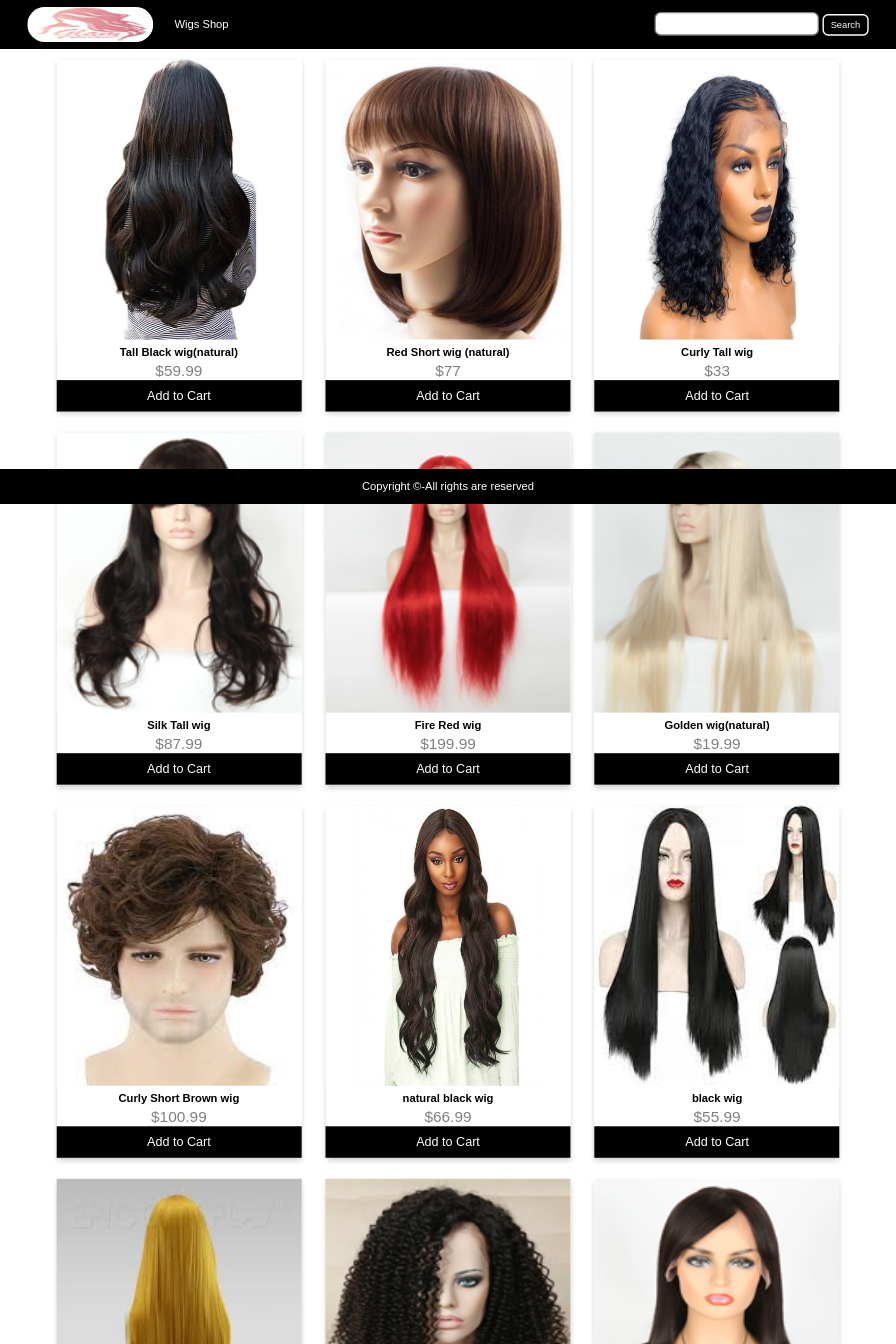
Repository: Zzero202/Zzero202
Page: index.html
These files come from the project's save history. The page is drawn as it stood at one moment and after the next save; the edit follows.
The browser window is 1280 px wide. The pictures show the part of the page from y = 0 to 1920 px (the page is 4960 px tall before and 4990 px after), at 70% of full size.

Above is the page before, as saved 2021-12-09 02:53:06.

After the next save:
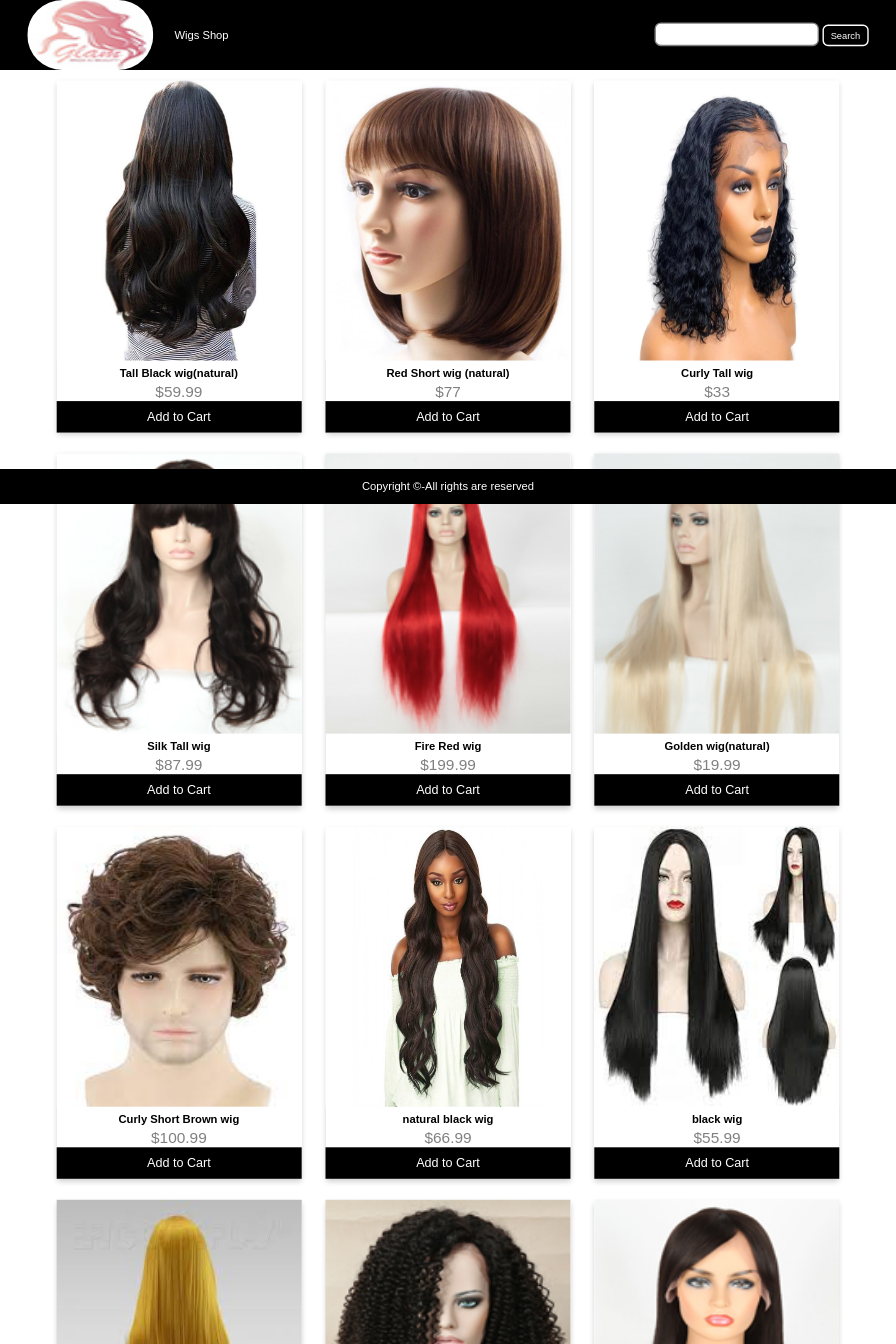
Saved 4 s later.
--- a/index.html
+++ b/index.html
@@ -448,7 +448,7 @@ table{
 	<nav class="navbar background">
 		<ul class="nav-list">
 			<div class="logo">
-				<img src= "img/logo.jpeg" height="50">
+				<img src= "img/logo.jpeg" height="100">
 			</div>
 			<li><a href="#shop">Wigs Shop</a></li>
 
